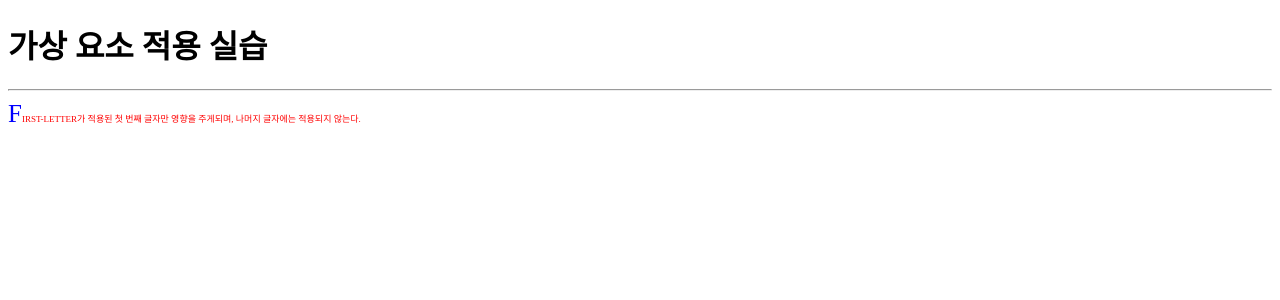
Repository: lolsoyeon/WebStudy
Page: WebApp02/WebContent/Test014.html
The author's editor kept a copy of each file at every save. The page is drawn from the files as they stood at one save, then again after the next save.
The browser window is 1280 px wide. The pictures show the whole page.

Above is the page before, as saved 2022-09-28 03:42:51.

After the next save:
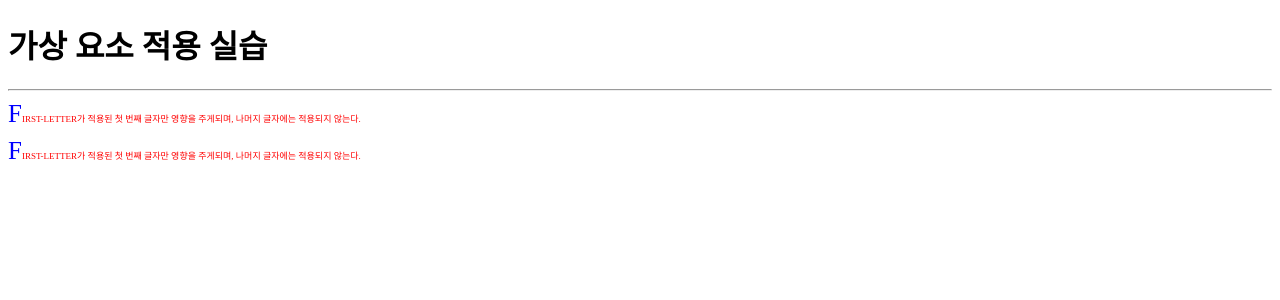
Saved 38 s later.
--- a/WebApp02/WebContent/Test014.html
+++ b/WebApp02/WebContent/Test014.html
@@ -20,5 +20,8 @@
 </div>
 <p>FIRST-LETTER가 적용된 첫 번째 글자만 영향을 주게되며,
 나머지 글자에는 적용되지 않는다.</p>
+
+<p><span>F</span>IRST-LETTER가 적용된 첫 번째 글자만 영향을 주게되며,
+나머지 글자에는 적용되지 않는다.</p>
 </body>
 </html>

After the save that followed:
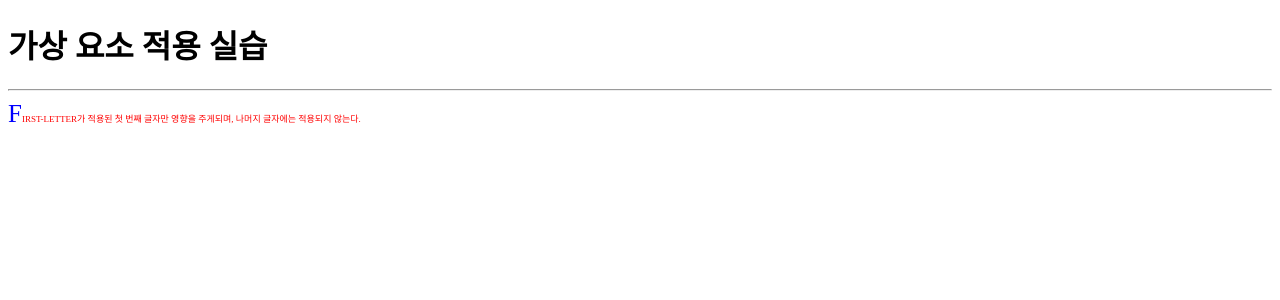
Saved 28 s later.
--- a/WebApp02/WebContent/Test014.html
+++ b/WebApp02/WebContent/Test014.html
@@ -21,7 +21,7 @@
 <p>FIRST-LETTER가 적용된 첫 번째 글자만 영향을 주게되며,
 나머지 글자에는 적용되지 않는다.</p>
 
-<p><span>F</span>IRST-LETTER가 적용된 첫 번째 글자만 영향을 주게되며,
-나머지 글자에는 적용되지 않는다.</p>
+<!-- <p><span style= >F</span>IRST-LETTER가 적용된 첫 번째 글자만 영향을 주게되며, -->
+<!-- 나머지 글자에는 적용되지 않는다.</p> -->
 </body>
 </html>
